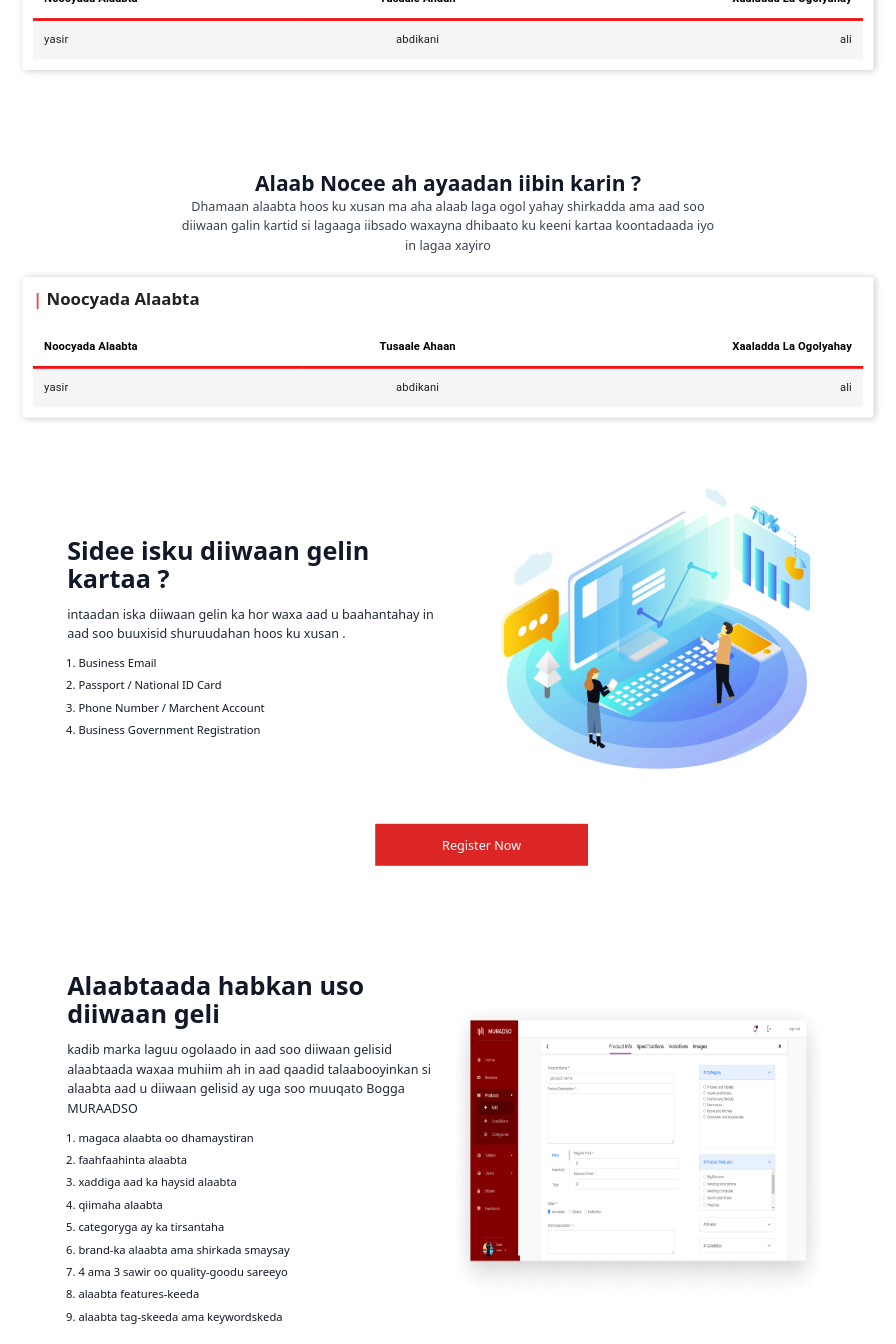
Repository: muraadso/Muraadso-Sellers
Page: /
The author's editor kept a copy of each file at every save. The page is drawn from the files as they stood at one save, then again after the next save.
The browser window is 1280 px wide. The pictures show the part of the page from y = 2537 to 4457 px (the page is 7084 px tall before and 6731 px after), at 70% of full size.
The project was rebuilt for these pictures with package versions that can differ from the ones it lists, and the page was loaded fresh each time. The framework's server and built-in components were replaced by stand-ins that run in the browser. Also part of the build but not shown: next.config.js.

Above is the page before, as saved 2021-12-11 11:09:27.

After the next save:
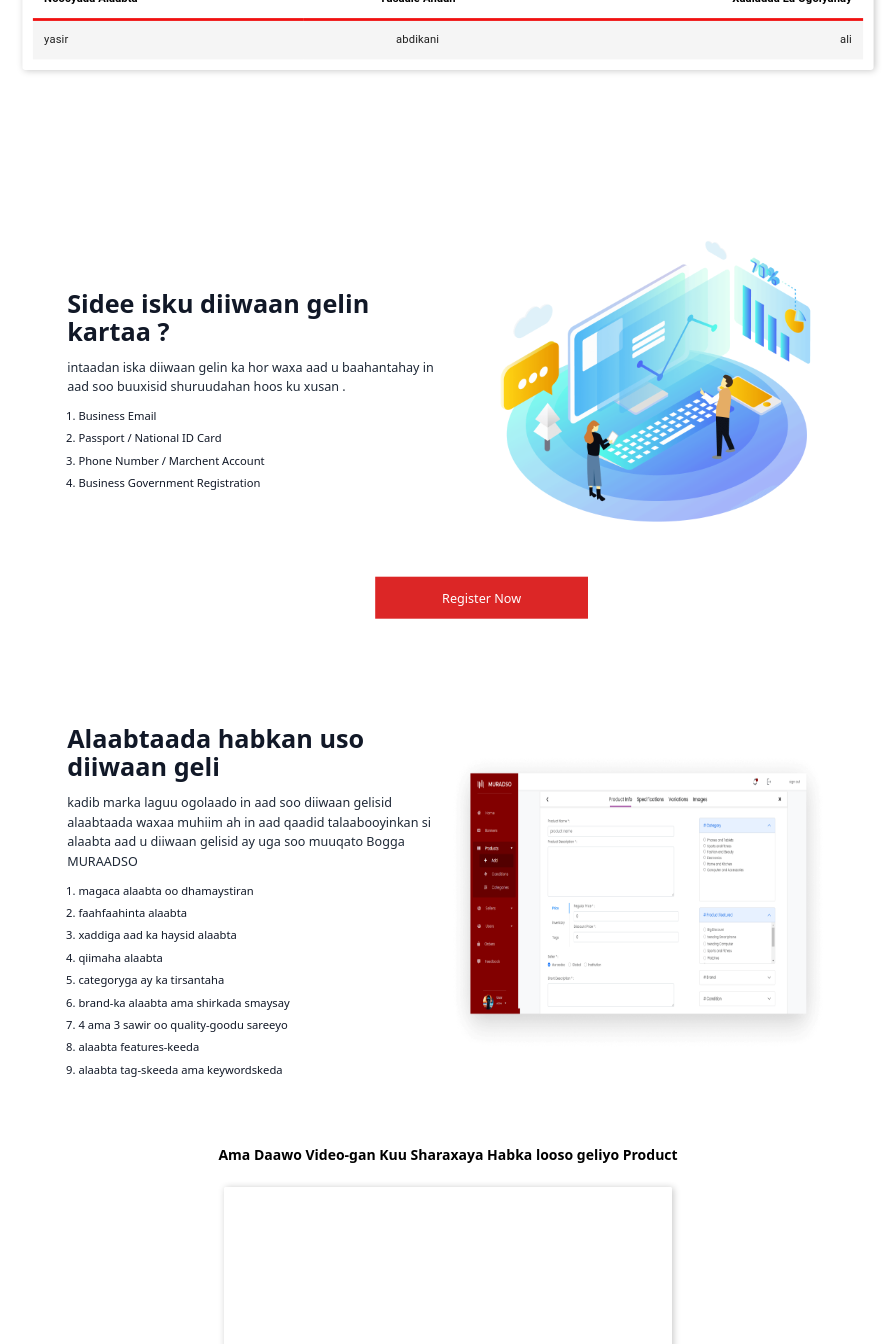
Saved 102 s later.
--- a/components/Whatsell.jsx
+++ b/components/Whatsell.jsx
@@ -83,37 +83,7 @@ export default function Whatsell() {
 
     </div>
 
-    <div className="flex flex-col items-center md:justify-center tablle ">
-               <h1 className="text-xl font-bold text-center text-gray-900 md:text-3xl">Alaab Nocee ah ayaadan iibin karin ?</h1>
-            <p className="max-w-3xl mb-8 text-sm text-center text-gray-700 md:text-lg">Dhamaan alaabta hoos ku xusan ma aha alaab laga ogol yahay shirkadda
-                ama aad soo diiwaan galin kartid si lagaaga iibsado waxayna dhibaato
-                ku keeni kartaa koontadaada iyo in lagaa xayiro</p>
 
-            <TableContainer className="mw-screen-lg TableContainer" component={Paper} sx={{ padding: "15px", minWidth: 370 , maxWidth: 1500, boxShadow: '2px 1px 11px rgba(0, 0, 0, 0.226)' }}>
-        <h1 className="mb-6 text-2xl font-bold "> <span className="font-black text-red-500 ">|</span> Noocyada Alaabta</h1>
-      <Table sx={{ minWidth: 500 }} aria-label="customized table">
-        <TableHead>
-          <TableRow>
-            <StyledTableCell>Noocyada Alaabta</StyledTableCell>
-            <StyledTableCell align="center"> Tusaale Ahaan</StyledTableCell>
-            <StyledTableCell align="right">Xaaladda La Ogolyahay</StyledTableCell>
-          </TableRow>
-        </TableHead>
-        <TableBody>
-          {rows.map((row) => (
-            <StyledTableRow key={row.noocaAlaabta} sx={{backgroundColor: 'white'}}>
-              <StyledTableCell component="th" scope="row">
-                {row.noocaAlaabta}
-              </StyledTableCell>
-              <StyledTableCell   align="center">{row.tusaale}</StyledTableCell>
-              <StyledTableCell align="right">{row.xaaladda}</StyledTableCell>
-            </StyledTableRow>
-          ))}
-        </TableBody>
-      </Table>
-    </TableContainer>
-
-    </div>
 
 
      </>
